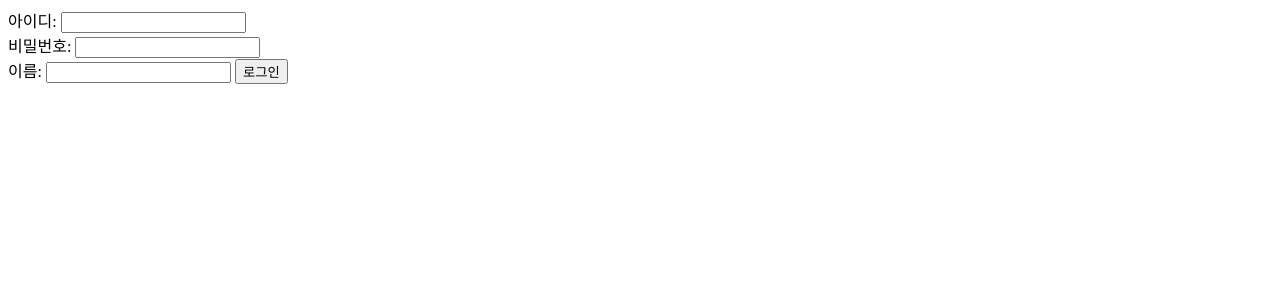
Repository: arsene-03/WorkSpace-jsp
Page: ex02/WebContent/Login.html
An editor plug-in stored every save of this project. The page is shown before and after the next save, followed by the edit.
The browser window is 1280 px wide. The pictures show the whole page.

Above is the page before, as saved 2021-06-07 06:29:22.

After the next save:
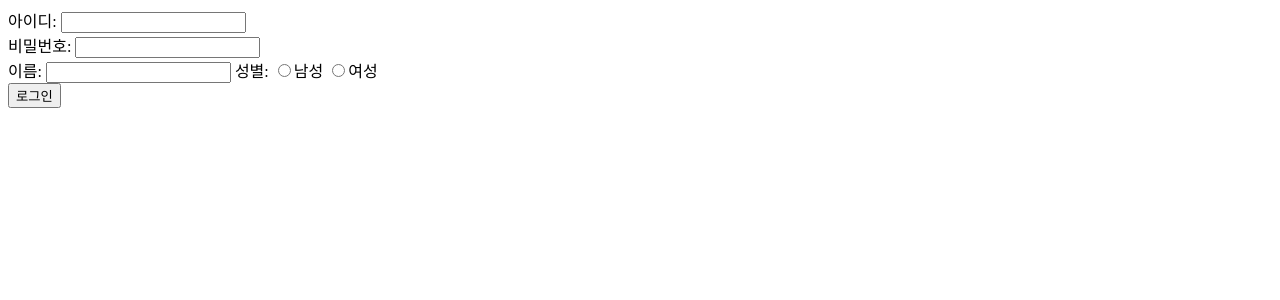
Saved 2 min 36 s later.
--- a/ex02/WebContent/Login.html
+++ b/ex02/WebContent/Login.html
@@ -5,10 +5,12 @@
 <title>Insert title here</title>
 </head>
 <body>
-	<form action="LoginAction" method="POST">
+	<form action="LoginAction" method="GET">
 	아이디: <input type="text" name="userid"> <br>
 	비밀번호: <input type="password" name="userpassword"> <br>
 	이름: <input type="text" name="username">
+	성별: <input type="radio" name="gender">남성
+	<input type="radio" name="gender">여성 <br>
 	<input type="submit" value="로그인">
 	</form>
 </body>
